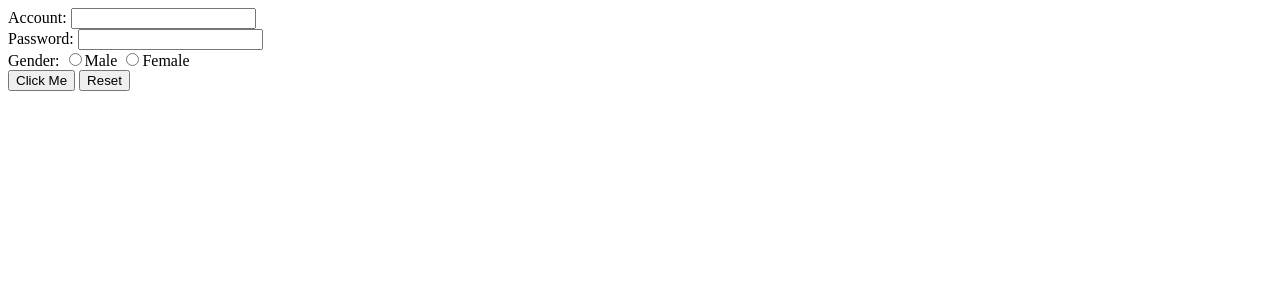
Repository: jessie9527/Java_Brad
Page: BradWeb/src/main/webapp/brad09.html
These files come from the project's save history. The page is drawn as it stood at one moment and after the next save; the edit follows.
The browser window is 1280 px wide. The pictures show the whole page.

Above is the page before, as saved 2023-05-09 06:16:17.

After the next save:
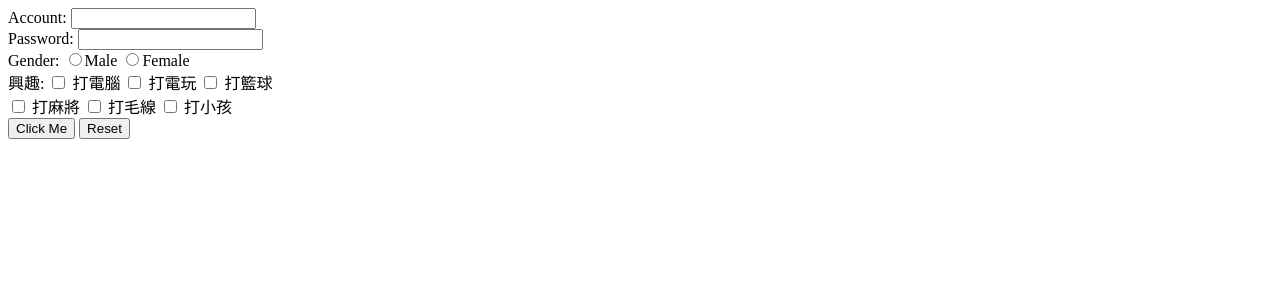
Saved 3 min 51 s later.
--- a/BradWeb/src/main/webapp/brad09.html
+++ b/BradWeb/src/main/webapp/brad09.html
@@ -10,7 +10,14 @@
 		Account:  <input type="text" name="account" /><br />
 		Password: <input type="password" name="passwd" /><br />
 		Gender:   <input type="radio" name="gender" value="m"/>Male
+				  <!-- 因為後端接收到字串都是on這樣會無法分辨，所以加上value=""後端就可以去判斷 -->
 				  <input type="radio" name="gender" value="f"/>Female <br />
+		興趣:		  <input type="checkbox" /> 打電腦
+				  <input type="checkbox" /> 打電玩
+				  <input type="checkbox" /> 打籃球<br />
+				  <input type="checkbox" /> 打麻將
+				  <input type="checkbox" /> 打毛線
+				  <input type="checkbox" /> 打小孩<br />
 
 		<input type="submit" value="Click Me" />
 		<input type="reset" value="Reset" />
